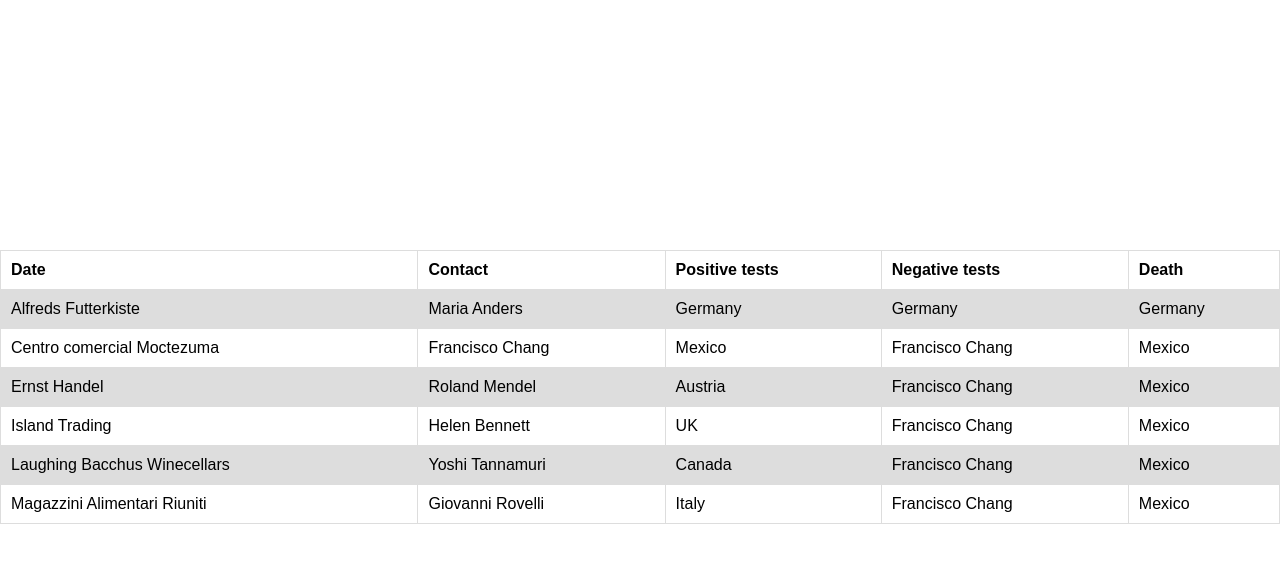
Repository: Seryozha02/ApiRequests
Page: index.html
These files come from the project's save history. The page is drawn as it stood at one moment and after the next save; the edit follows.
The browser window is 1280 px wide. The pictures show the whole page.

Above is the page before, as saved 2022-09-22 21:28:45.

### index.html
<!DOCTYPE html>
<html lang="en">
<head>
    <meta charset="UTF-8">
    <meta http-equiv="X-UA-Compatible" content="IE=edge">
    <meta name="viewport" content="width=device-width, initial-scale=1.0">
    <title>Request's</title>
    <link rel="stylesheet" href="style.css">
</head>
<body>
    <table class="requests">
        <tr>
            <th>Date</th>
            <th>Contact</th>
            <th>Positive tests</th>
            <th>Negative tests</th>
            <th>Death</th>
        </tr>
        <tr>
          <td>Alfreds Futterkiste</td>
          <td>Maria Anders</td>
          <td>Germany</td>
          <td>Germany</td>
          <td>Germany</td>
        </tr>
        <tr>
          <td>Centro comercial Moctezuma</td>
          <td>Francisco Chang</td>
          <td>Mexico</td>
          <td>Francisco Chang</td>
          <td>Mexico</td>
        </tr>
        <tr>
          <td>Ernst Handel</td>
          <td>Roland Mendel</td>
          <td>Austria</td>
          <td>Francisco Chang</td>
          <td>Mexico</td>
        </tr>
        <tr>
          <td>Island Trading</td>
          <td>Helen Bennett</td>
          <td>UK</td>
          <td>Francisco Chang</td>
          <td>Mexico</td>
        </tr>
        <tr>
          <td>Laughing Bacchus Winecellars</td>
          <td>Yoshi Tannamuri</td>
          <td>Canada</td>
          <td>Francisco Chang</td>
          <td>Mexico</td>
        </tr>
        <tr>
          <td>Magazzini Alimentari Riuniti</td>
          <td>Giovanni Rovelli</td>
          <td>Italy</td>
          <td>Francisco Chang</td>
          <td>Mexico</td>
        </tr>
      </table>
</body>
<script src="script.js"></script>
</html>

### style.css
* {
        margin: 0;
        padding: 0;
        box-sizing: border-box;
}

.requests {
    font-family: arial, sans-serif;
    border-collapse: collapse;
    width: 100%;
    margin-top: 250px;
  }

  td, th {
    border: 1px solid #dddddd;
    text-align: left;
    padding: 10px;

  }

  tr:nth-child(even) {
    background-color: #dddddd;
  }

Loaded but not shown: script.js (no copy from this time; the picture is the same without it)

After the next save:
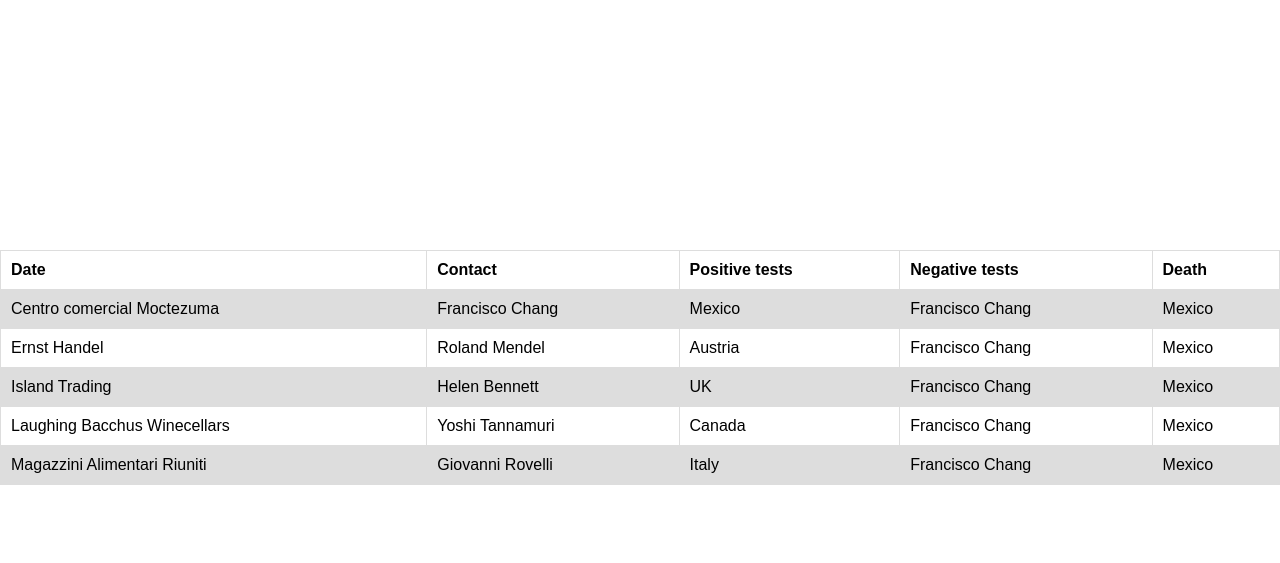
Saved 12 s later.
--- a/index.html
+++ b/index.html
@@ -16,13 +16,7 @@
             <th>Negative tests</th>
             <th>Death</th>
         </tr>
-        <tr>
-          <td>Alfreds Futterkiste</td>
-          <td>Maria Anders</td>
-          <td>Germany</td>
-          <td>Germany</td>
-          <td>Germany</td>
-        </tr>
+
         <tr>
           <td>Centro comercial Moctezuma</td>
           <td>Francisco Chang</td>

After the save that followed:
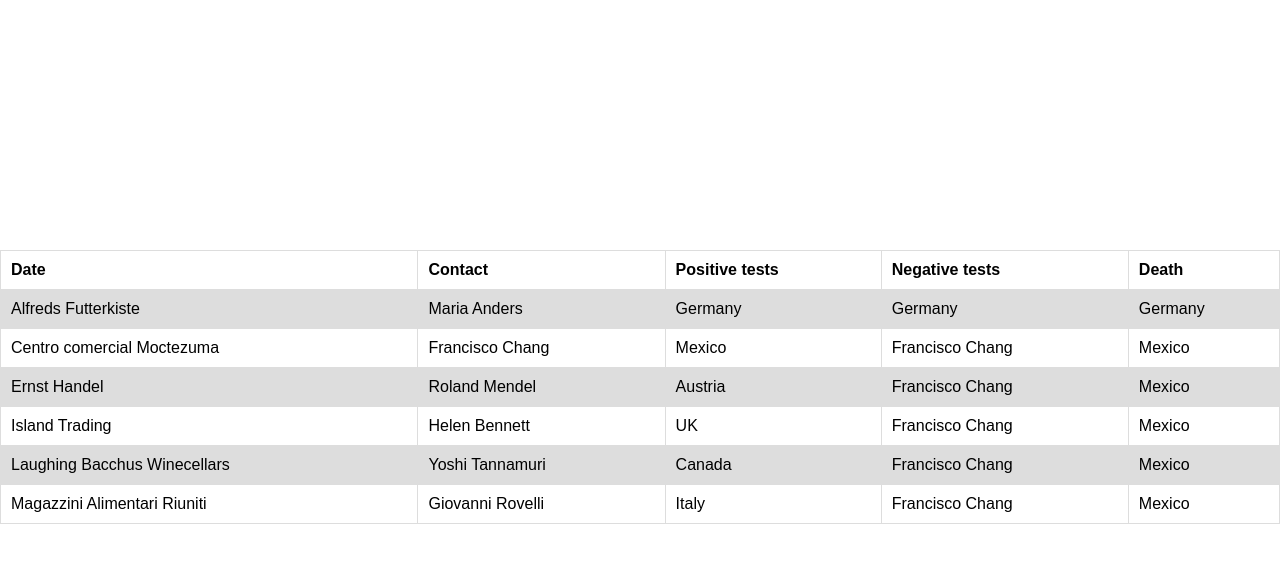
Saved 20 s later.
--- a/index.html
+++ b/index.html
@@ -16,7 +16,13 @@
             <th>Negative tests</th>
             <th>Death</th>
         </tr>
-
+        <tr>
+          <td>Alfreds Futterkiste</td>
+          <td>Maria Anders</td>
+          <td>Germany</td>
+          <td>Germany</td>
+          <td>Germany</td>
+        </tr>
         <tr>
           <td>Centro comercial Moctezuma</td>
           <td>Francisco Chang</td>
